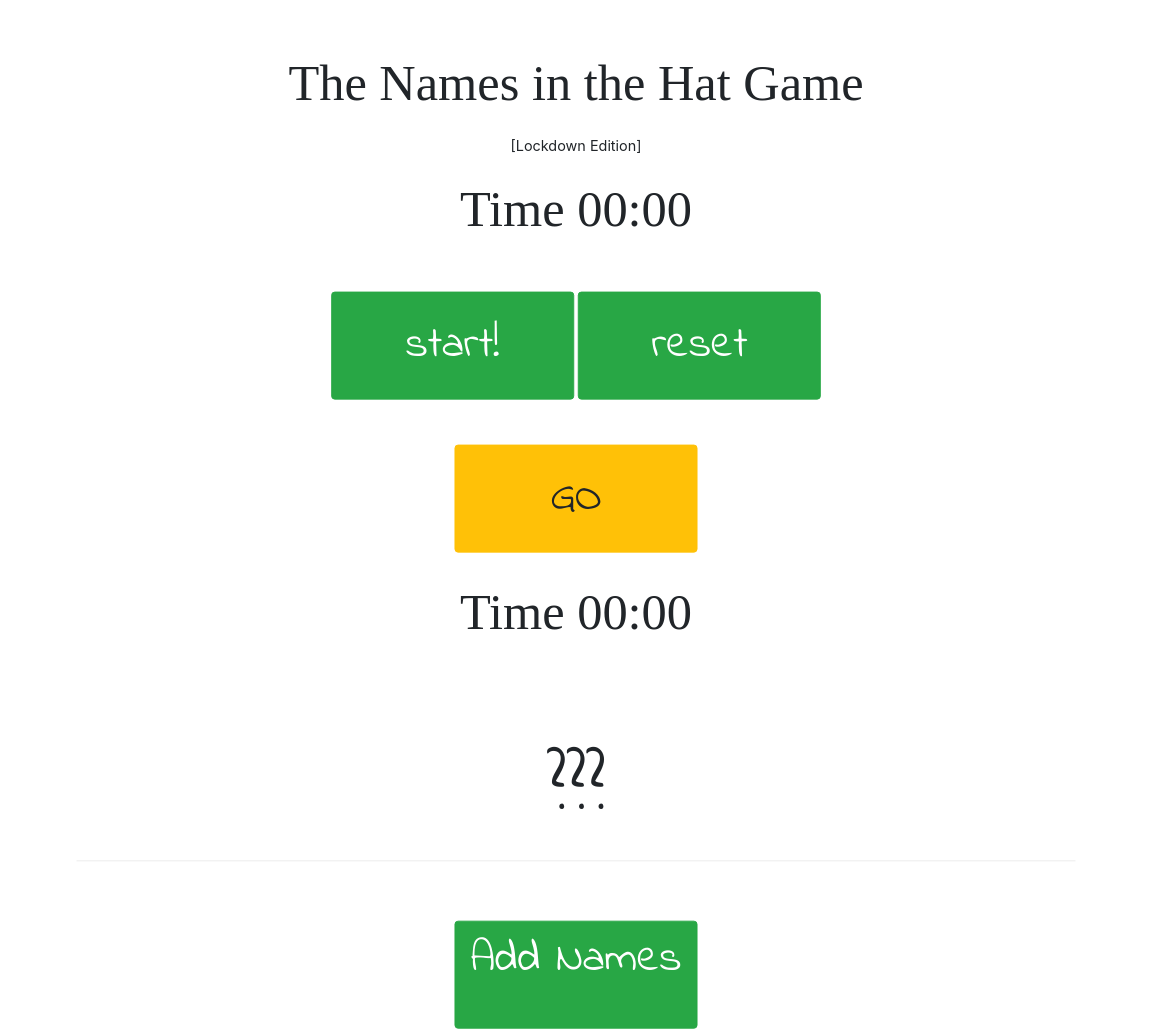
Repository: TaylorD1982/randomizer
Page: index.html
The author's editor kept a record of every edit. The page is drawn from the files as they stood at one moment, then again after the next edit.
The browser window is 1280 px wide. The pictures show the whole page, at 90% of full size.
Some web fonts or font styles are not loaded; a fallback is used. Some web libraries are served in a nearby version.

Above is the page before.
Console error: TypeError: Cannot read properties of null (reading 'addEventListener')

After the next edit:
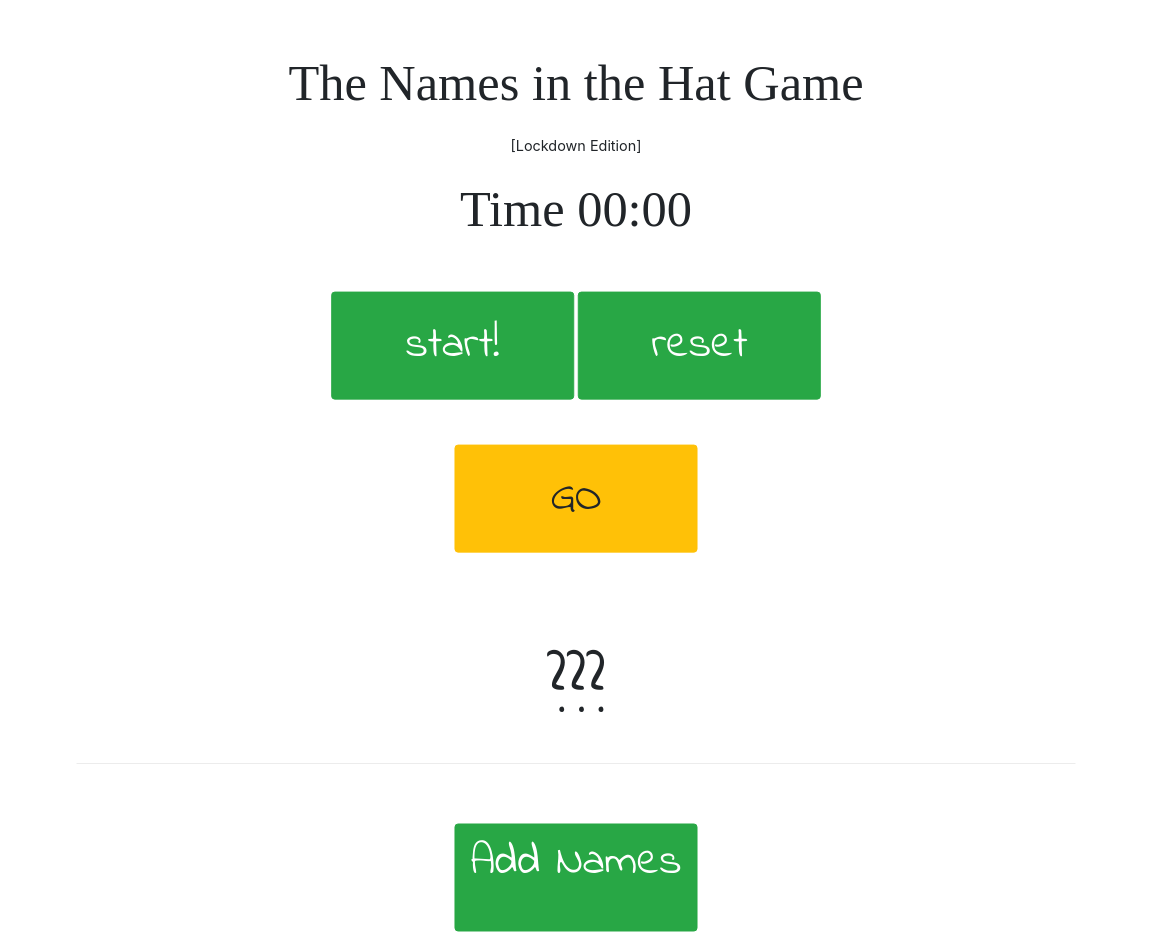
The edit:
--- a/index.html
+++ b/index.html
@@ -29,8 +29,6 @@
                       GO
                 </button>
                 <br>
-                <br>
-                <div class="title">Time <span class="timer-view">00:00</span></div>
                 <br>
                 <br>
                 <div id="Answer" class="result">
